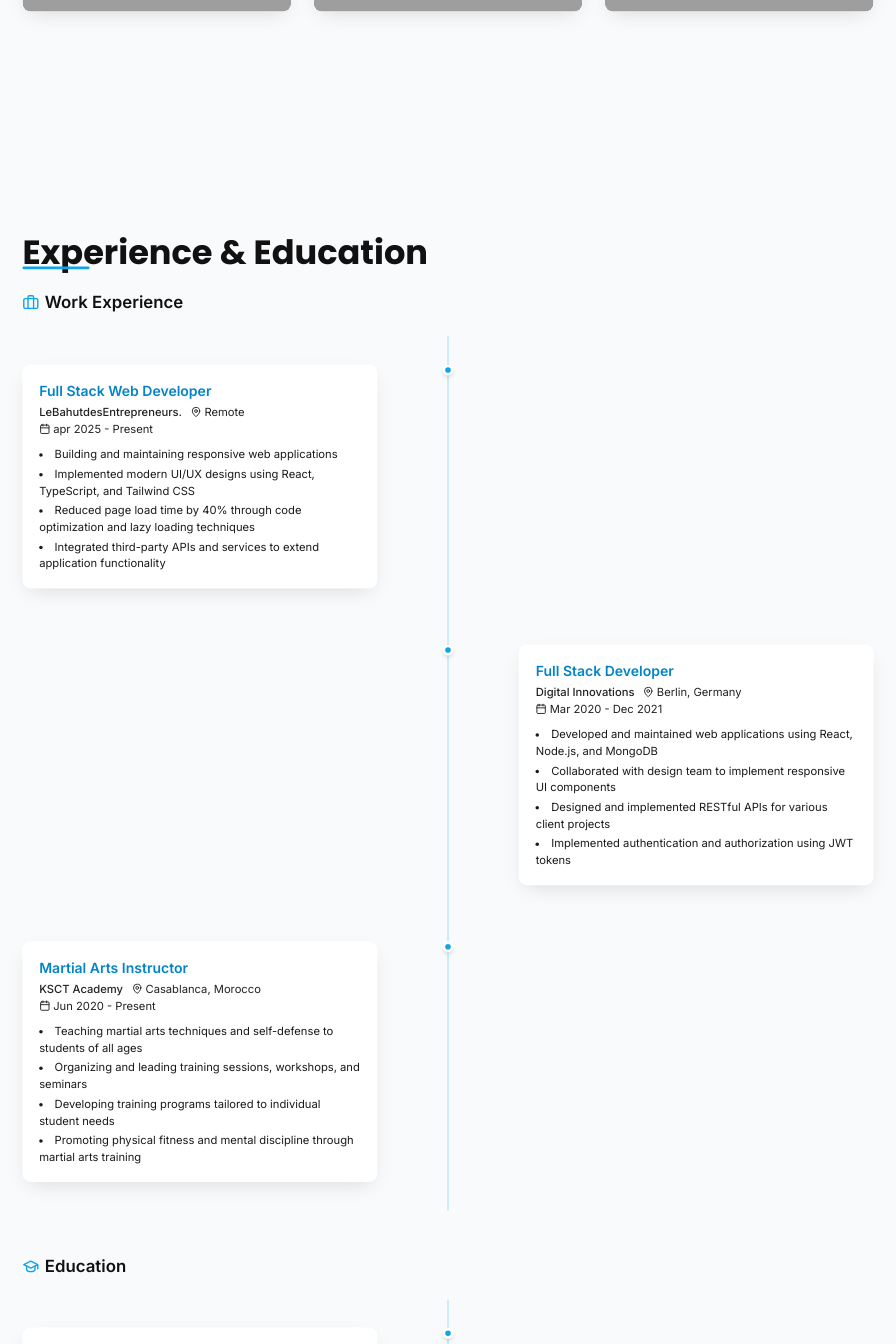
Repository: Abdelilah-Lakrim/Personal_Portfolio
Page: /
An editor plug-in stored every save of this project. The page is shown before and after the next save, followed by the edit.
The browser window is 1280 px wide. The pictures show the part of the page from y = 3731 to 5651 px (the page is 7929 px tall), at 70% of full size.
Pictures or frames that could not be fetched are drawn as grey boxes. The project was rebuilt for these pictures with package versions that can differ from the ones it lists, and the page was loaded fresh each time. Also part of the build but not shown: vite.config.ts.

Above is the page before, as saved 2025-05-21 12:43:39.

After the next save:
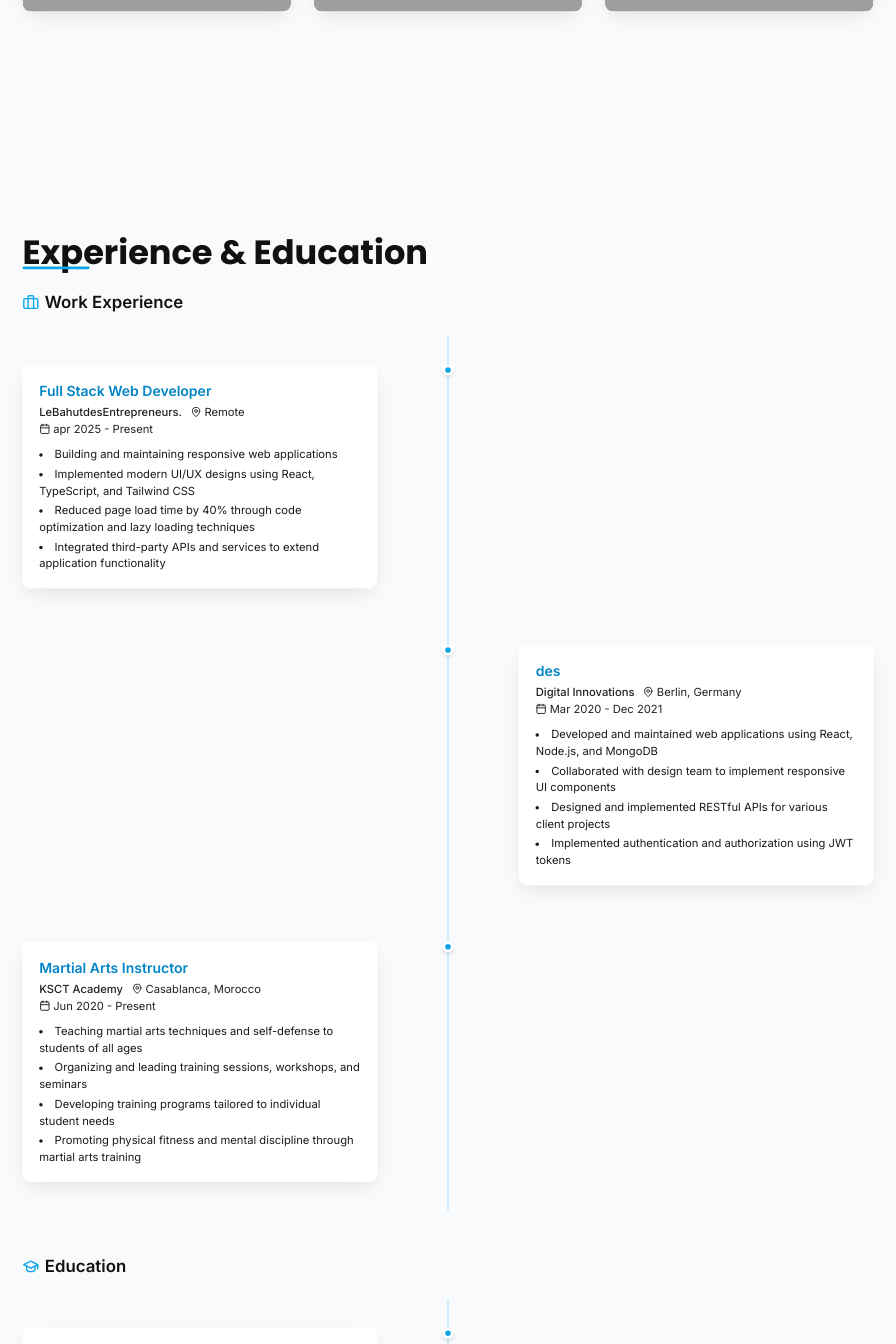
Saved 25 s later.
--- a/src/components/Experience.tsx
+++ b/src/components/Experience.tsx
@@ -28,7 +28,7 @@ const Experience: React.FC = () => {
     },
     {
       id: 2,
-      position: 'Full Stack Developer',
+      position: 'des',
       company: 'Digital Innovations',
       location: 'Berlin, Germany',
       duration: 'Mar 2020 - Dec 2021',
